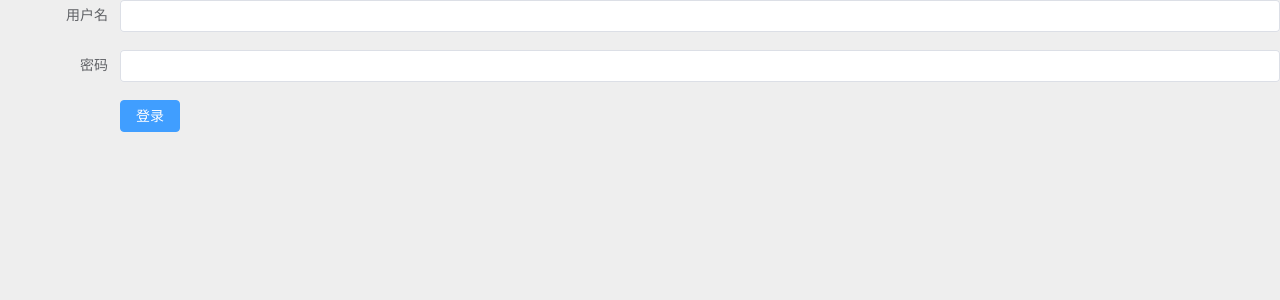
Repository: secret47/test-office-demo
Page: /
The author's editor kept a copy of each file at every save. The page is drawn from the files as they stood at one save, then again after the next save.
The browser window is 1280 px wide. The pictures show the whole page.
The project was rebuilt for these pictures with package versions that can differ from the ones it lists, and the page was loaded fresh each time. Also part of the build but not shown: vite.config.js.

Above is the page before, as saved 2024-10-28 10:52:21.

After the next save:
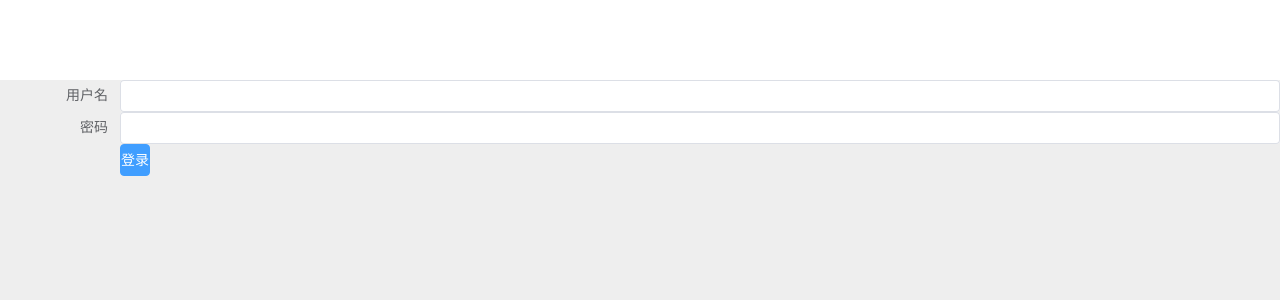
Saved 7 min 6 s later.
--- a/src/views/login.vue
+++ b/src/views/login.vue
@@ -1,17 +1,21 @@
 <template>
     <div class="login">
+        <div class="header">
+            <div class="logo"></div>
+            <div class="language"></div>
+        </div>
         <div class="loginBox">
             <el-form :model="userInfo" label-width="120px">
-            <el-form-item :label="$t('username')">
-                <el-input v-model="userInfo.username" />
-            </el-form-item>
-            <el-form-item :label="$t('password')">
-                <el-input v-model="userInfo.password" />
-            </el-form-item>
-            <el-form-item>
-                <el-button type="primary">{{ $t('login') }}</el-button>
-            </el-form-item>
-        </el-form>
+                <el-form-item :label="$t('username')">
+                    <el-input v-model="userInfo.username" />
+                </el-form-item>
+                <el-form-item :label="$t('password')">
+                    <el-input v-model="userInfo.password" />
+                </el-form-item>
+                <el-form-item>
+                    <el-button type="primary">{{ $t('login') }}</el-button>
+                </el-form-item>
+            </el-form>
         </div>
     </div>
 </template>
@@ -22,3 +26,10 @@ const userInfo = reactive({
     password: ""
 })
 </script>
+<style lang="scss" scoped>
+    .header{
+        width:100%;
+        height: 80px;
+        background: #ffffff;
+    }
+</style>
